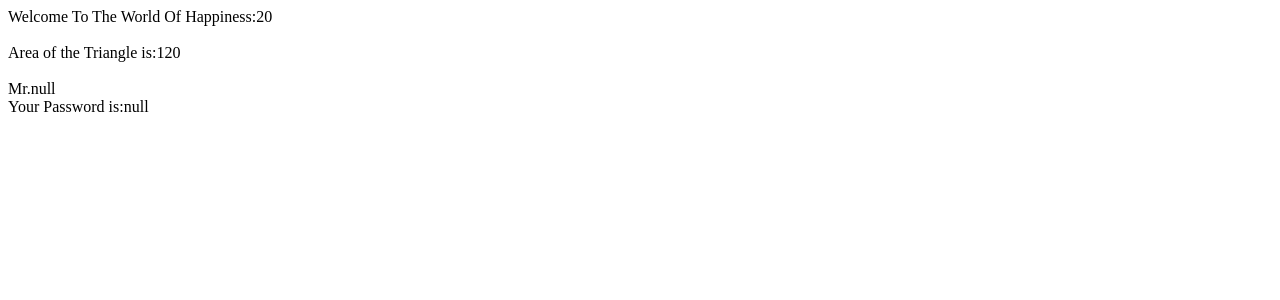
Repository: nagarjuna0287/workspace
Page: http://localhost/JspProject/SampleJsp.jsp
The author's editor kept a copy of each file at every save. The page is drawn from the files as they stood at one save, then again after the next save.
The browser window is 1280 px wide. The pictures show the whole page.
The page is served by Tomcat 9.

Above is the page before, as saved 2017-03-12 00:16:05.

### JspProject/WebContent/SampleJsp.jsp
<%@ page language="java" contentType="text/html; charset=ISO-8859-1"
    pageEncoding="ISO-8859-1"%>
<!DOCTYPE html PUBLIC "-//W3C//DTD HTML 4.01 Transitional//EN" "http://www.w3.org/TR/html4/loose.dtd">
<html>
<head>
<meta http-equiv="Content-Type" content="text/html; charset=ISO-8859-1">
<title>Insert title here</title>
</head>
<body>
<%!int data=20;
int triangle(int l,int b,int h){
	return l*b*h;
}%>
<%= "Welcome To The World Of Happiness:"+data %>
<br></br>
<%="Area of the Triangle is:"+triangle(5,6,4) %>
<br></br>
<% String name=request.getParameter("uname");
out.print("Mr."+name); %></br>
<%="Your Password is:"+request.getParameter("pwd") %>
</body>
</html>

After the next save:
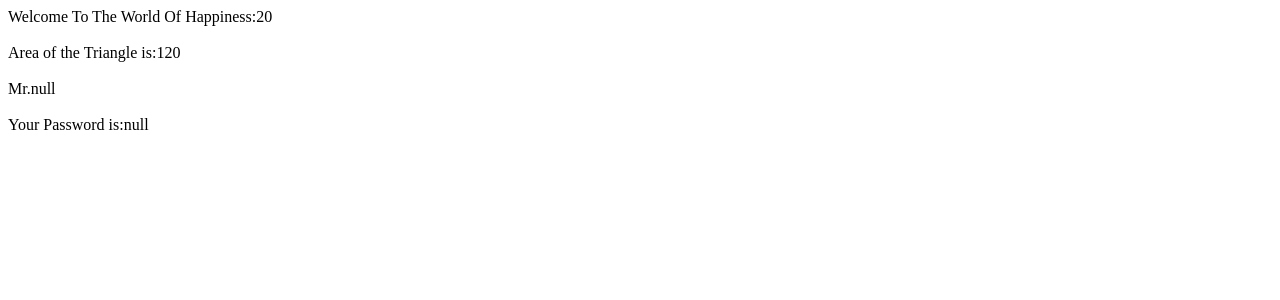
Saved 7 s later.
--- a/JspProject/WebContent/SampleJsp.jsp
+++ b/JspProject/WebContent/SampleJsp.jsp
@@ -16,7 +16,7 @@ int triangle(int l,int b,int h){
 <%="Area of the Triangle is:"+triangle(5,6,4) %>
 <br></br>
 <% String name=request.getParameter("uname");
-out.print("Mr."+name); %></br>
+out.print("Mr."+name); %><br></br>
 <%="Your Password is:"+request.getParameter("pwd") %>
 </body>
 </html>
